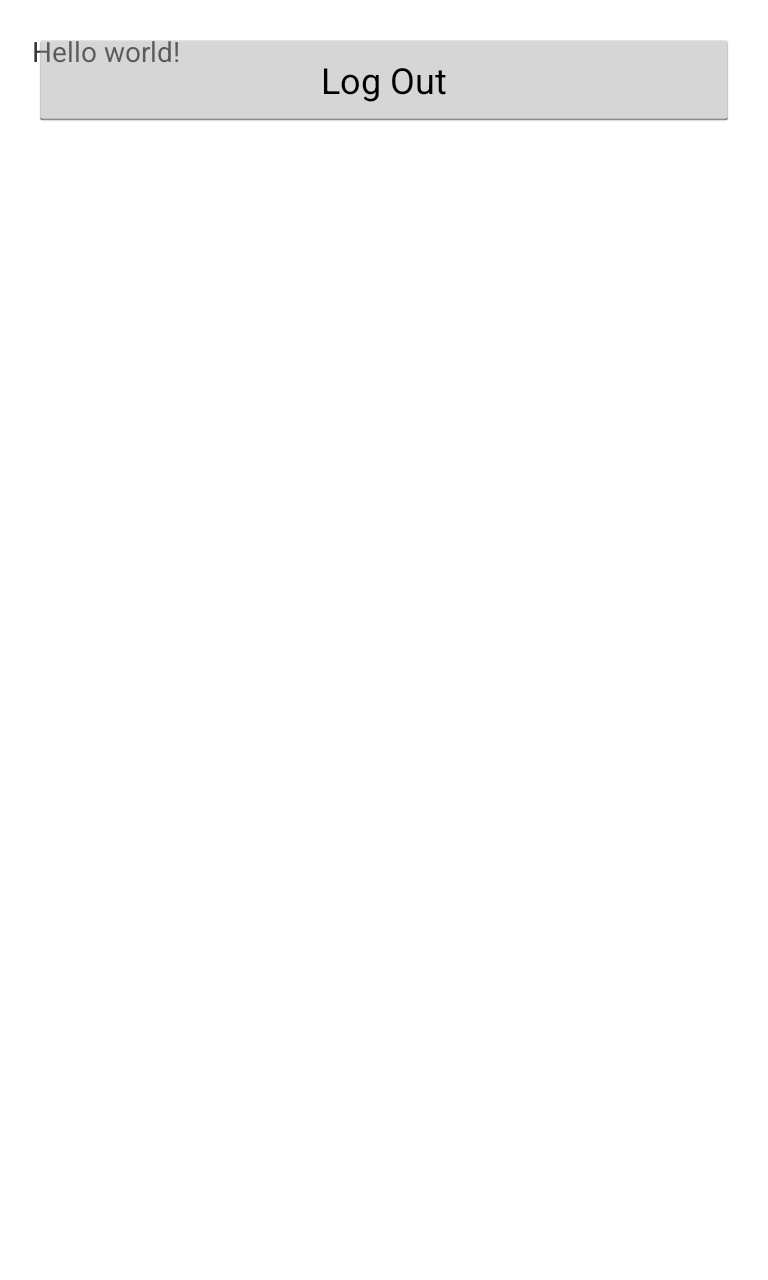
Repository: efreestone/CPM_Freestone
Layout: Project1Android/res/layout/activity_main.xml
These files come from the project's save history. The layout is drawn as it stood at one moment and after the next save; the edit follows.
It is drawn on a 768 x 1280 px phone screen (xhdpi) without system bars, with theme AppTheme; the app's code is not run.

Above is the layout before, as saved 2014-09-30 02:55:08.

After the next save:
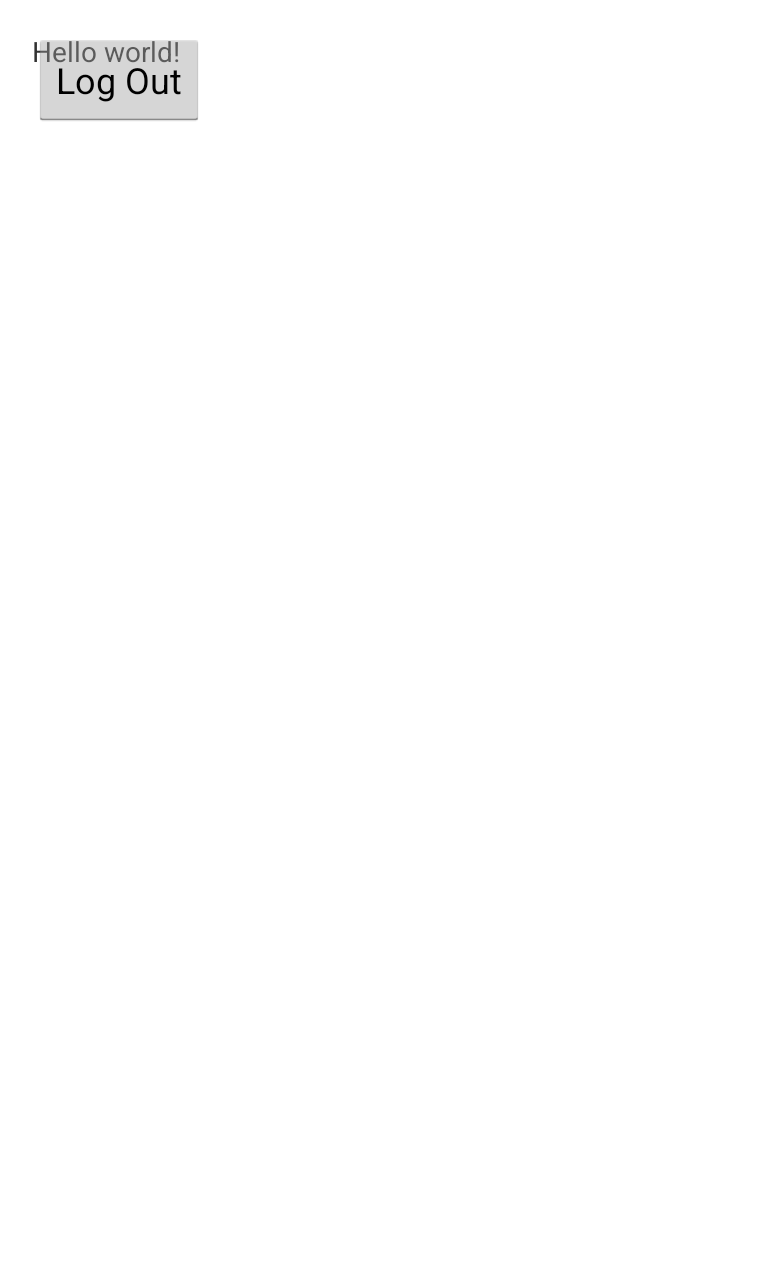
Saved 62 s later.
--- a/Project1Android/res/layout/activity_main.xml
+++ b/Project1Android/res/layout/activity_main.xml
@@ -9,14 +9,16 @@
     tools:context="com.elijahfreestone.project1android.MainActivity" >
 
     <TextView
+        android:id="@+id/titleTextView"
         android:layout_width="wrap_content"
         android:layout_height="wrap_content"
         android:text="@string/hello_world" />
 
     <Button
         android:id="@+id/logOutButton"
-        android:layout_width="fill_parent"
+        android:layout_width="wrap_content"
         android:layout_height="wrap_content"
+        android:layout_below="titleTextView"
         android:text="Log Out" />
 
 </RelativeLayout>
